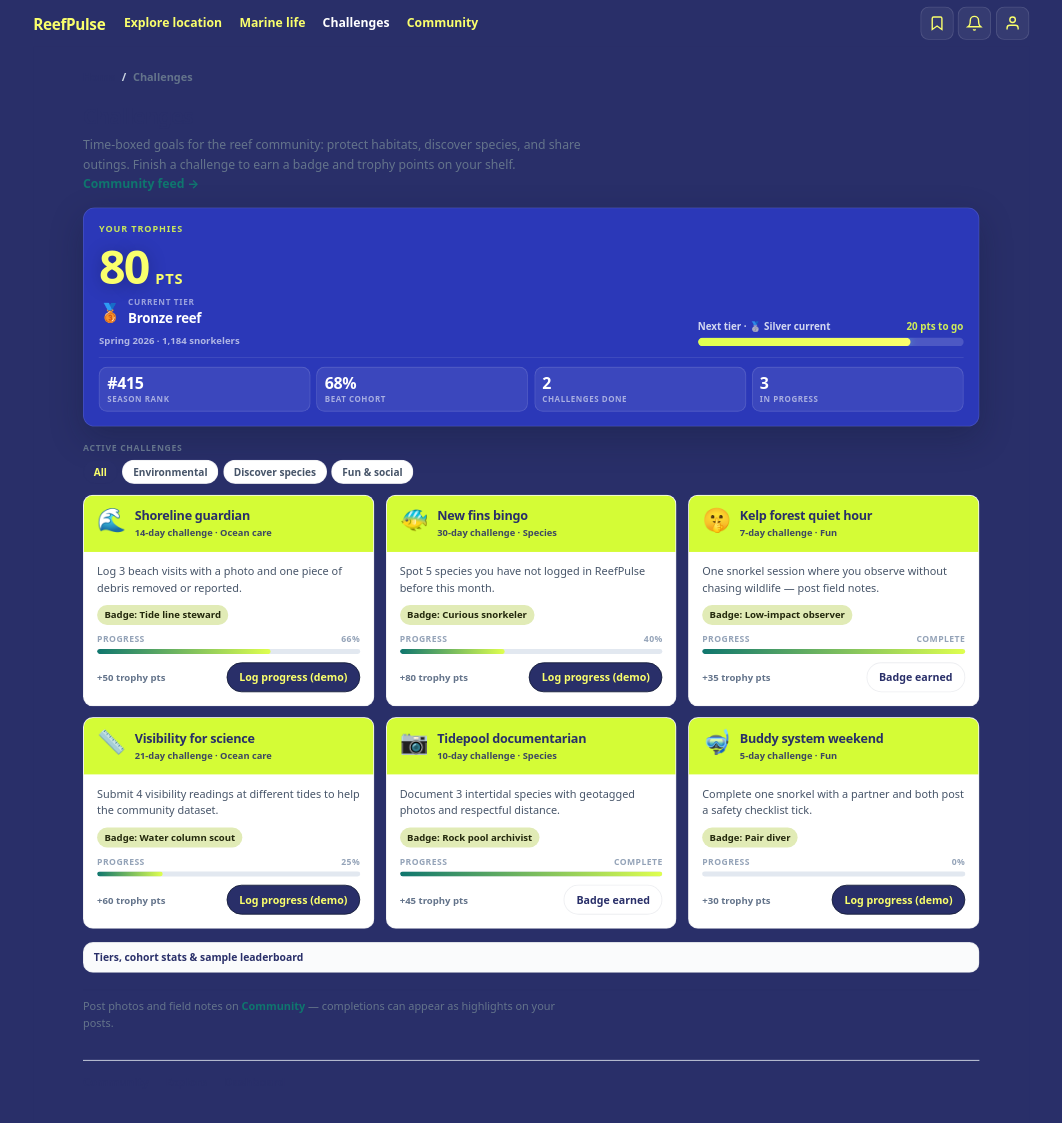
Repository: AayushSalvi/ReefPulse
Page: /challenges (app in frontend/)
These files come from the project's save history. The page is drawn as it stood at one moment and after the next save; the edit follows.
The browser window is 1280 px wide. The pictures show the whole page, at 83% of full size.
The project was rebuilt for these pictures with package versions that can differ from the ones it lists, and the page was loaded fresh each time. Also part of the build but not shown: frontend/vite.config.js, frontend/src/utils/geo.js, frontend/src/data/mockData.js, frontend/src/features/community/community.css, frontend/src/features/community/CommunityPage.jsx, frontend/src/features/explore/ExploreForecastRedirect.jsx, frontend/src/features/explore/ExploreMapsApiContext.jsx, frontend/src/features/explore/ExploreGoogleMapPanel.jsx and 20 more.

Above is the page before, as saved 2026-04-18 23:07:12.

After the next save:
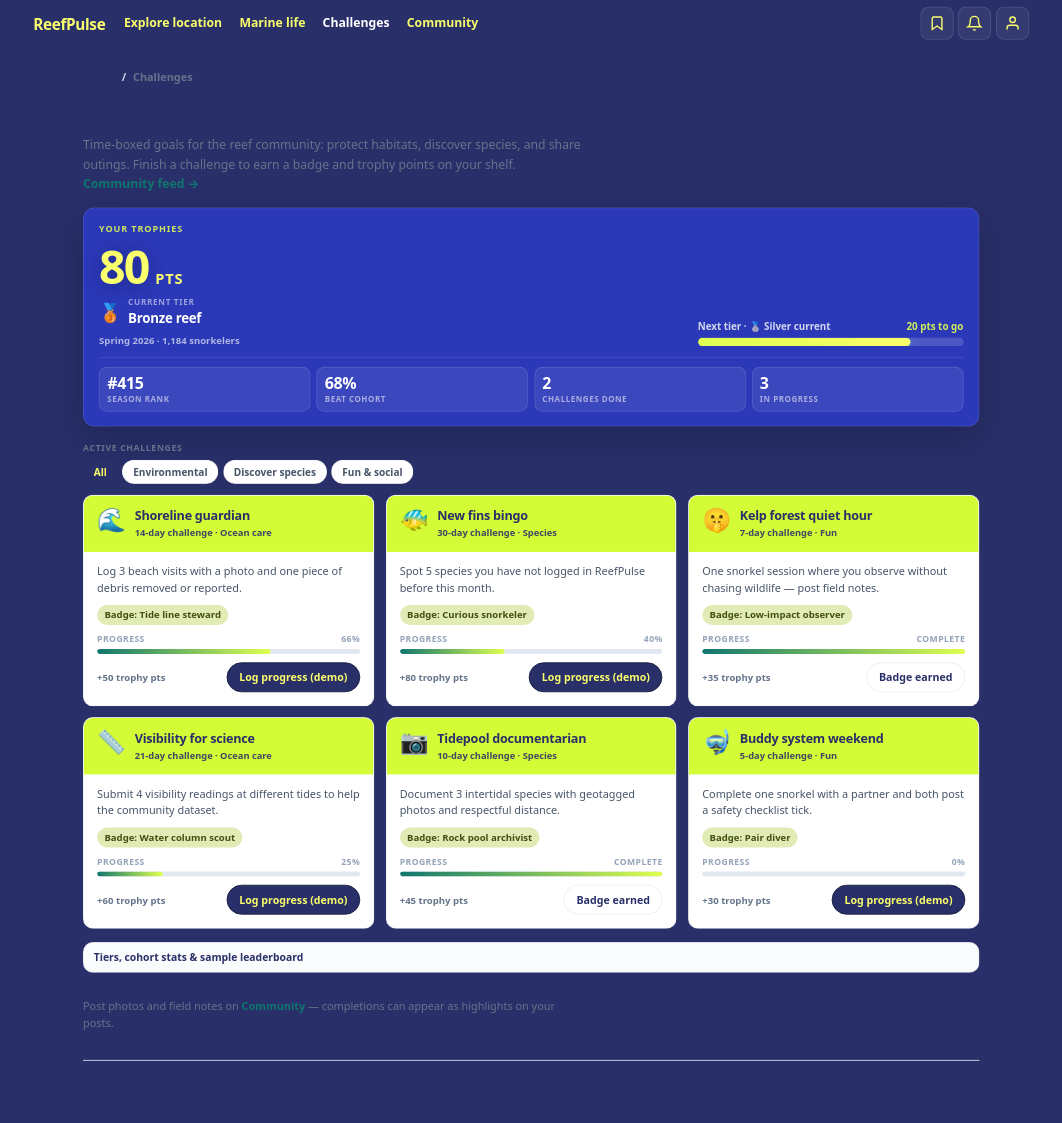
Saved 8 s later.
--- a/frontend/src/features/challenges/challenges.css
+++ b/frontend/src/features/challenges/challenges.css
@@ -520,7 +520,7 @@
   gap: 0.35rem;
   font-size: 0.72rem;
   font-weight: 700;
-  color: #23280c;
+  color: #434f0f;
   background: #e1ebb6;
   padding: 0.28rem 0.55rem;
   border-radius: 999px;
